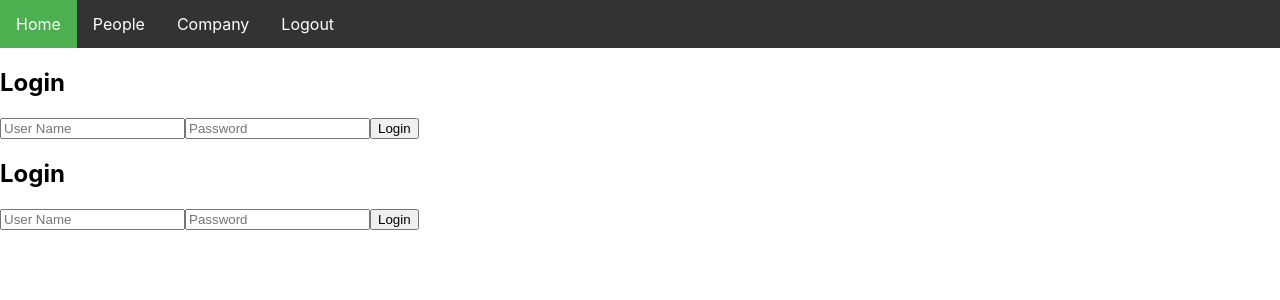
Repository: Vincent-CT/exambase-SPA
Page: /
The author's editor kept a copy of each file at every save. The page is drawn from the files as they stood at one save, then again after the next save.
The browser window is 1280 px wide. The pictures show the whole page.
The project was rebuilt for these pictures with package versions that can differ from the ones it lists, and the page was loaded fresh each time. Also part of the build but not shown: src/App.css.

Above is the page before, as saved 2019-11-14 11:27:20.

### src/index.css
body {
  margin: 0;
  font-family: -apple-system, BlinkMacSystemFont, "Segoe UI", "Roboto", "Oxygen",
    "Ubuntu", "Cantarell", "Fira Sans", "Droid Sans", "Helvetica Neue",
    sans-serif;
  -webkit-font-smoothing: antialiased;
  -moz-osx-font-smoothing: grayscale;
}

code {
  font-family: source-code-pro, Menlo, Monaco, Consolas, "Courier New",
    monospace;
}

ul.header {
  list-style-type: none;
  margin: 0;
  padding: 0;
  overflow: hidden;
  background-color: #333;
}

ul.header li {
  float: left;
}

ul.header li a {
  display: block;
  color: white;
  text-align: center;
  padding: 14px 16px;
  text-decoration: none;
}
ul.header li a:hover:not(.active) {
  background-color: #111;
}
.active {
  background-color: #4caf50;
}

### src/App.js
import "./App.css";
import React, { useState, useEffect } from "react";
import facade from "./apiFacade";
import {
  BrowserRouter as Router,
  Switch,
  Route,
  useRouteMatch,
  useParams,
  Link,
  Prompt,
  NavLink
} from "react-router-dom";

function LogIn({ login }) {
  const init = { username: "", password: "" };
  const [loginCredentials, setLoginCredentials] = useState(init);

  const performLogin = evt => {
    evt.preventDefault();
    login(loginCredentials.username, loginCredentials.password);
  };
  const onChange = evt => {
    setLoginCredentials({
      ...loginCredentials,
      [evt.target.id]: evt.target.value
    });
  };

  return (
    <div>
      <h2>Login</h2>
      <form onChange={onChange}>
        <input placeholder="User Name" id="username" />
        <input placeholder="Password" id="password" />
        <button onClick={performLogin}>Login</button>
      </form>
    </div>
  );
}
function LoggedIn({ logout }) {
  return (
    <div>
      <Router>
        <Header />
        <Content logout={logout} />
      </Router>
    </div>
  );
}

const Header = () => {
  if (facade.getRole === "admin") {
    return (
      <ul className="header">
        <li>
          <NavLink exact activeClassName="active" to="/">
            Home
          </NavLink>
        </li>
        <li>
          <NavLink activeClassName="active" to="/peope">
            People
          </NavLink>
        </li>
        <li>
          <NavLink activeClassName="active" to="/company">
            Company
          </NavLink>
        </li>
        <li>
          <NavLink activeClassName="active" to="/logout">
            Logout
          </NavLink>
        </li>
      </ul>
    );
  }
  return (
    <ul className="header">
      <li>
        <NavLink exact activeClassName="active" to="/">
          Home
        </NavLink>
      </li>
      <li>
        <NavLink activeClassName="active" to="/people">
          People
        </NavLink>
      </li>
      <li>
        <NavLink activeClassName="active" to="/company">
          Company
        </NavLink>
      </li>
      <li>
        <NavLink activeClassName="active" to="/logout">
          Logout
        </NavLink>
      </li>
    </ul>
  );
};

const Content = ({ logout, login }) => {
  return (
    <Switch>
      <Route exact path="/">
        <LogIn login={login} />
      </Route>
      <Route path="/people">
        <People />
      </Route>
      <Route path="/company">
        <Company />
      </Route>
      <Route path="/logout">
        <Logout logout={logout} />
      </Route>
      <Route path="*">
        <NoMatch />
      </Route>
    </Switch>
  );
};
const People = () => {
  return (
    <div>
      <h3>PEOPLE</h3>
    </div>
  );
};
const Company = () => {
  return (
    <div>
      <h3>COMPANY</h3>
    </div>
  );
};

const NoMatch = () => <div>Urlen matcher ingen kendte routes</div>;

const Logout = ({ logout }) => {
  const handleLogout = () => {
    logout();
  };
  return (
    <div>
      <button onClick={handleLogout}>Logout</button>
    </div>
  );
};

const Home = () => {
  const [dataFromServer, setDataFromServer] = useState("Fetching...");
  const [listPeople, setListPeople] = useState("");

  useEffect(() => {
    facade.fetchData().then(res => setDataFromServer(res.msg));
  }, []);
  useEffect(() => {
    facade.fetchPeople().then(res => setListPeople(res));
    console.log(facade.getRole());
  }, []);
  return (
    <div>
      <h2>Data Received from server</h2>
      <h3>{dataFromServer}</h3>
      <p>{JSON.stringify(listPeople)}</p>
    </div>
  );
};

function App() {
  const [loggedIn, setLoggedIn] = useState(false);

  const logout = () => {
    facade.logout();
    setLoggedIn(false);
  };
  const login = (user, pass) => {
    facade.login(user, pass).then(res => setLoggedIn(true));
  };

  return (
    <Router>
      <Header />
      <Content logout={logout} login={login} />
      <div>
        {!loggedIn ? (
          <LogIn login={login} />
        ) : (
          <div>
            <LoggedIn logout={logout} />
          </div>
        )}
      </div>
    </Router>
  );
}
export default App;

### src/apiFacade.js
const URL = "http://localhost:8080/securitystarter";

function handleHttpErrors(res) {
  if (!res.ok) {
    return Promise.reject({ status: res.status, fullError: res.json() });
  }
  return res.json();
}

function apiFacade() {
  const setToken = token => {
    localStorage.setItem("jwtToken", token);
  };
  const getToken = () => {
    return localStorage.getItem("jwtToken");
  };
  const getRole = () => {
    let jwt = localStorage.getItem("jwtToken");
    let jwtData = jwt.split(".")[1];
    let decodedJwtJsonData = window.atob(jwtData);
    let decodedJwtData = JSON.parse(decodedJwtJsonData);
    return decodedJwtData.roles;
  };
  const loggedIn = () => {
    const loggedIn = getToken() != null;
    return loggedIn;
  };
  const logout = () => {
    localStorage.removeItem("jwtToken");
  };

  const login = (user, password) => {
    const options = makeOptions("POST", true, {
      username: user,
      password: password
    });
    return fetch(URL + "/api/login", options)
      .then(handleHttpErrors)
      .then(res => {
        setToken(res.token);
      });
  };
  const fetchData = () => {
    const options = makeOptions("GET", true); //True add's the token
    if (getRole() === "admin") {
      return fetch(URL + "/api/info/admin", options).then(handleHttpErrors);
    }
    return fetch(URL + "/api/info/user", options).then(handleHttpErrors);
  };

  const fetchPeople = () => {
    const options = makeOptions("GET", true); //True add's the token
    return fetch(URL + "/api/info/user/people", options).then(handleHttpErrors);
  };

  const makeOptions = (method, addToken, body) => {
    var opts = {
      method: method,
      headers: {
        "Content-type": "application/json",
        Accept: "application/json"
      }
    };
    if (addToken && loggedIn()) {
      opts.headers["x-access-token"] = getToken();
    }
    if (body) {
      opts.body = JSON.stringify(body);
    }
    return opts;
  };
  return {
    makeOptions,
    setToken,
    getToken,
    loggedIn,
    login,
    logout,
    fetchData,
    getRole,
    fetchPeople
  };
}
const facade = apiFacade();
export default facade;

Loaded but not shown: public/index.html (common file); src/index.js (common file)

After the next save:
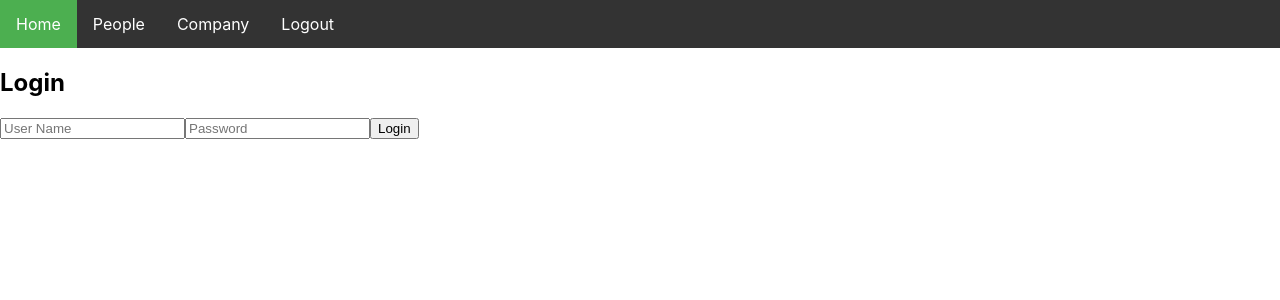
Saved 14 s later.
--- a/src/App.js
+++ b/src/App.js
@@ -186,15 +186,6 @@ function App() {
     <Router>
       <Header />
       <Content logout={logout} login={login} />
-      <div>
-        {!loggedIn ? (
-          <LogIn login={login} />
-        ) : (
-          <div>
-            <LoggedIn logout={logout} />
-          </div>
-        )}
-      </div>
     </Router>
   );
 }
